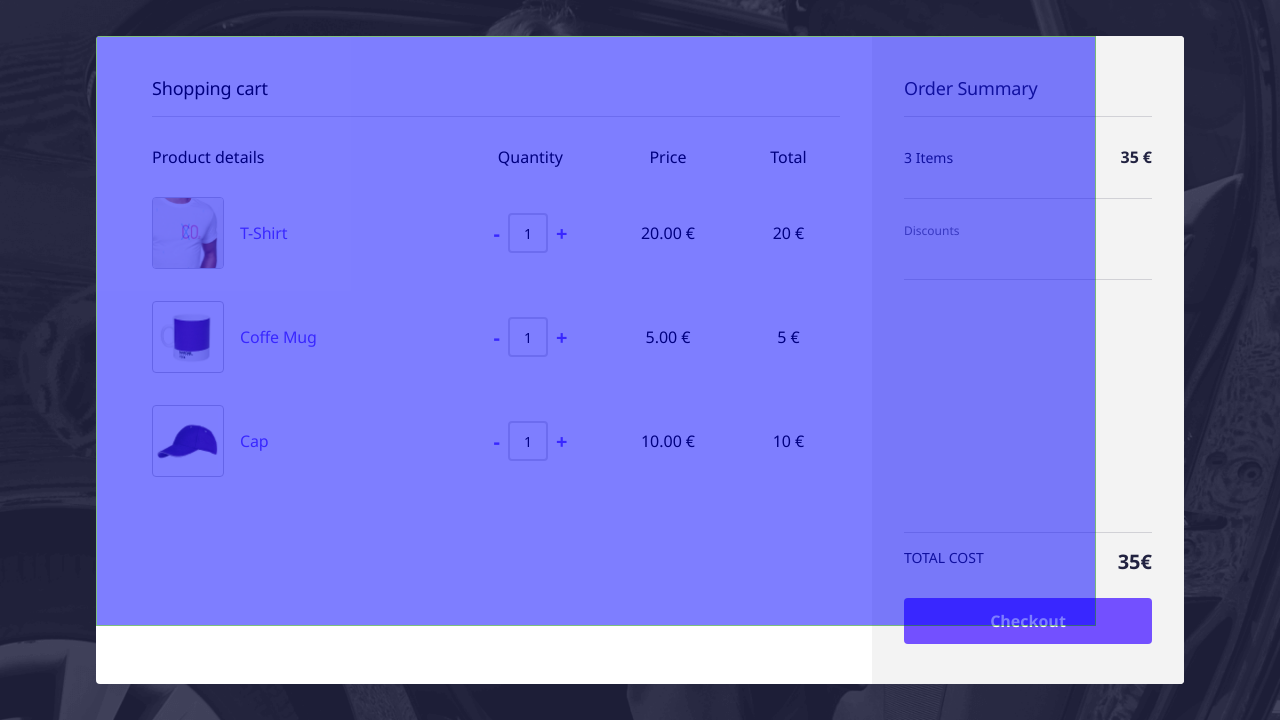
Repository: banchiec/challengecbfy
Page: /
These files come from the project's save history. The page is drawn as it stood at one moment and after the next save; the edit follows.
The browser window is 1280 px wide. The pictures show the whole page.
Some web fonts or font styles are not loaded; a fallback is used. The project was rebuilt for these pictures with package versions that can differ from the ones it lists, and the page was loaded fresh each time. Also part of the build but not shown: craco.config.js.

Above is the page before, as saved 2021-12-11 01:21:21.

### src/index.js
import './index.css';
import App from './App';
import Checkout from './helpers/checkout'
// here a service should be called to obtain the api data
import { products } from './data/data'

import discounts from './helpers/discounts';

const purchase = new Checkout(products, discounts)
purchase.init()
App(purchase)

### src/index.css
@tailwind base;
@tailwind components;
@tailwind utilities;

body {
  margin: 0;
  font-family: -apple-system, BlinkMacSystemFont, 'Segoe UI', 'Roboto', 'Oxygen',
    'Ubuntu', 'Cantarell', 'Fira Sans', 'Droid Sans', 'Helvetica Neue',
    sans-serif;
  -webkit-font-smoothing: antialiased;
  -moz-osx-font-smoothing: grayscale;
}

code {
  font-family: source-code-pro, Menlo, Monaco, Consolas, 'Courier New',
    monospace;
}

@font-face {
  font-family: 'Avenir';
  src:local('Avenir'), url(./assets/fonts/Avenir-Black.woff) format('woff');
}

### src/App.js
import { render } from 'react-dom';
import Main from './components/main/Main'
import './App.css';

function App(purchase) {
  render(<Main purchase={purchase} />, document.getElementById('root'))
}

export default App;

### src/helpers/checkout.js
export default class Checkout {
    constructor(price, discounts = []) {
        this.price = price.reduce((acc, good) => ({ ...acc, [good.code]: good }), {})
        this.discounts = discounts
        this.cartItems = []
    }
    init() {
        this.scan('TSHIRT')
        this.scan('MUG')
        this.scan('CAP')
    }
    scan(code, argument = 1) {
        const currentCartItem = this.cartItems.find((item) => item.code === code);
        if (currentCartItem) {
            switch (argument) {
                case 1:
                    currentCartItem.count += 1;
                    break;
                case -1:
                    currentCartItem.count -= 1;
                    if (currentCartItem.count === 0) {
                        this.cartItems = this.cartItems.filter((item) => item.code !== code);
                    }
                    break;
                default:
                    currentCartItem.count = argument;
                    break;
            }
            return this;
        }
        const currentPriceItem = this.price[code];
        // console.log(this.price)
        if (currentPriceItem) {
            switch (argument) {
                case 1:
                    this.cartItems.push({ ...currentPriceItem, count: 1 });
                    break;
                case -1:
                    break;
                default:
                    this.cartItems.push({ ...currentPriceItem, count: argument });
            }
            return this;
        }
        return new Error(`product with code ${code} has not been found`);


    }
    get actualDiscounts() {
        return this.discounts.reduce(
            (acc, discount) => {
                const res = discount.check(this.items);
                if (res) return [...acc, res];
                return acc;
            }, [],
        );
    }
    get items() {
        return this.cartItems
    }

    get totalDiscount() {
        return this.actualDiscounts.reduce((acc, { discountAmount }) => acc + discountAmount, 0);
    }
    cost(code) {
        const currentCartItem = this.cartItems.find((item) => item.code === code);
        if (currentCartItem) {
            return currentCartItem.count * currentCartItem.price;
        }
        return null;
    }

    preCalc() {
        return ({
            countItems: this.cartItems.reduce((acc, item) => acc + item.count, 0),
            summaryCost: this.cartItems.reduce((acc, item) => acc + (item.count * item.price), 0),
            actualDiscounts: this.actualDiscounts,
        });
    }

    // method total will return total cost as number
    total() {
        return this.cartItems.reduce(
            (acc, item) => acc + (item.count * item.price),
            0,
        ) - this.totalDiscount;
    }
}

### src/data/data.js
import shirt from '../assets/images/shirt.png'
import mug from '../assets/images/mug.png'
import cap from '../assets/images/cap.png'
export const products = [
    {
        id: '1',
        code: 'TSHIRT',
        name: 'T-Shirt',
        price: '20.00',
        image: shirt
    },
    {
        id: '3',
        code: 'MUG',
        name: 'Coffe Mug',
        price: '5.00',
        image: mug

    },
    {
        id: '4',
        code: 'CAP',
        name: 'Cap',
        price: '10.00',
        image: cap

    }
]

### src/helpers/discounts.js
const discounts = [
    {
        name: '2-for-1-Mug',
        check: (products) => {
            const currentProduct = products.find((product) => product.code === 'MUG')
            if (currentProduct && currentProduct.count > 1) {
                return ({
                    name: '2x1 Mug offer',
                    discountAmount: Math.trunc(currentProduct.count / 2) * currentProduct.price
                })
            }
            return null
        }
    },
    {
        name: 'bulk-discount-shirt',
        check: (products) => {
            const currentProduct = products.find((product) => product.code === 'TSHIRT')
            if (currentProduct && currentProduct.count >= 3) {
                return ({
                    name: 'x3-Shirt-offer',
                    discountAmount: (currentProduct.price / 100) * 5 * currentProduct.count
                })
            }
            return null
        }
    }
]

export default discounts

### src/components/main/Main.js
import { useState } from "react"
import OrderSummery from "../OrderSummery/OrderSummery"
import { ShoppingCart } from "../shoppingCart/ShoppingCart"

export default function Main(props) {
    const { purchase } = props
    const [items, setItems] = useState(purchase.items)

    const initStateSum = purchase.preCalc()
    const initTotalCost = purchase.total()

    const [summary, setSummary] = useState({
        ...initStateSum,
        totalCost: initTotalCost
    })

    const scan = (code) => (op) => (e) => {
        switch (op) {
            case 'dec':
                purchase.scan(code, -1);
                break;
            case 'set':
                purchase.scan(code, Number(e.target.value));
                console.log(e.target.value)
                break;
            case 'inc':
                purchase.scan(code, 1);
                break;
            default:
                // unknown operation
                break;
        }
        // set new cart items list for react
        setItems([...purchase.items]);
        const newSums = purchase.preCalc();
        const newTotalCost = purchase.total();
        setSummary({
            ...newSums,
            totalCost: newTotalCost,
        });

    }
    const cost = (code) => purchase.cost(code)

    return (
        <main className="App">
            <ShoppingCart items={items} scan={scan} cost={cost} />
            <OrderSummery summary={summary} />
        </main>
    )
}

### src/App.css
* {
  box-sizing: border-box;
  outline: none;
}

html,
body,
div,
span,
applet,
object,
iframe,
h1,
h2,
h3,
h4,
h5,
h6,
p,
blockquote,
pre,
a,
abbr,
acronym,
address,
big,
button,
cite,
code,
del,
dfn,
em,
img,
ins,
kbd,
q,
s,
samp,
small,
strike,
strong,
sub,
sup,
tt,
var,
b,
u,
i,
center,
dl,
dt,
dd,
ol,
ul,
li,
fieldset,
form,
label,
legend,
table,
caption,
tbody,
tfoot,
thead,
tr,
th,
td,
article,
aside,
canvas,
details,
embed,
figure,
figcaption,
footer,
header,
hgroup,
menu,
nav,
output,
ruby,
section,
summary,
time,
mark,
audio,
video {
  margin: 0;
  padding: 0;
  border: 0;
  vertical-align: baseline;
  font: 100%;
}

/* HTML5 display-role reset for older browsers */
article,
aside,
details,
figcaption,
figure,
footer,
header,
hgroup,
menu,
nav,
section {
  display: block;
}

body {
  -webkit-font-smoothing: antialiased;
  -moz-osx-font-smoothing: grayscale;
  line-height: 1;
}

ol,
ul {
  list-style: none;
}

blockquote,
q {
  quotes: none;
}

a {
  cursor: pointer;
}

blockquote:before,
blockquote:after,
q:before,
q:after {
  content: none;
}

table {
  border-spacing: 0;
  border-collapse: collapse;
}

a {
  text-decoration: none;
}

input:not([type="checkbox"]):not([type="radio"]),
textarea {
  appearance: none;
}

input[type="number"]::-webkit-outer-spin-button,
input[type="number"]::-webkit-inner-spin-button {
  margin: 0;
  appearance: none;
}

input[type="number"] {
  appearance: textfield;
}

input::-ms-clear {
  display: none;
}

select::-ms-expand {
  display: none;
}

textarea {
  overflow: auto;
  vertical-align: top;
}

input::placeholder {
  opacity: 1;
}

h1.main {
  padding-bottom: 16px;
  border-bottom: 1px solid rgba(33, 34, 64, 0.16);
}

.wrapper.border,
.wrapper-half.border {
  border-bottom: 1px solid rgba(33, 34, 64, 0.16);
}

h2,
.products-list li.products-list-title {
  color: #a6a7b3;
  letter-spacing: 1px;
  font-size: 10px;
  line-height: 16px;
}

h2,
.product-code {
  font-size: 12px;
  line-height: 16px;
}

.product-quantity,
.summary input,
.summary ul li,
.summary-total-cost {
  font-size: 14px;
  line-height: 17px;
}

.product h1 {
  font-size: 16px;
  line-height: 24px;
}

.products button.count,
.summary-total-price {
  font-size: 20px;
  line-height: 25px;
}

h2 {
  color: #717285;
  letter-spacing: 0;
  font-weight: 300;
}

h2 + * {
  margin-top: 16px;
}

body {
  margin: 0;
  padding: 0;
  height: 100vh;
  background-image: url("./assets/images/background.png");
  background-color: #212240;
  background-position: top left;
  background-size: cover;
  font-family: Avenir, "Avenir Next", "Segoe UI", sans-serif;
  font-weight: regular;
}

.App {
  position: fixed;
  top: 50%;
  left: 50%;
  display: flex;
  overflow-x: hidden;
  overflow-y: auto;
  max-width: 1088px;
  max-height: 648px;
  width: calc(100% - 64px);
  height: calc(100% - 64px);
  border-radius: 4px;
  background-color: #ffffff;
  transform: translate(-50%, -50%);
}

h1 {
  position: relative;
  letter-spacing: -0.18px;
  font-size: 18px;
  line-height: 24px;
}

.wrapper {
  padding: 32px 0;
}

.wrapper-half {
  padding: 24px 0;
}

.tableHead {
  padding: 32px 0;
}

.row {
  position: relative;
  display: flex;
  flex-flow: row nowrap;
  justify-content: space-between;
}

.row + .row {
  margin-top: 32px;
}

[class*="col-"] {
  display: flex;
  align-items: center;
}

[class*="col-"]:nth-child(n + 2) {
  justify-content: center;
}

.col-product {
  width: 45%;
}

.col-quantity {
  width: 20%;
}

.col-price {
  width: 20%;
}

.col-total {
  width: 15%;
}

input {
  width: 100%;
  height: 48px;
  border-radius: 4px;
}

.currency {
  margin-left: 4px;
}

.products {
  padding: 40px 32px 40px 56px;
}

.products button.count {
  padding: 0 8px;
  height: 40px;
  border: none;
  background: transparent;
  color: #7350ff;
  font-weight: bold;
  cursor: pointer;
}

.products {
  flex: 1;
}

.products-list {
  position: relative;
  width: 100%;
}

.product-image {
  display: flex;
  align-items: center;
  flex-flow: row nowrap;
}

.product-image img {
  margin-right: 16px;
  width: 72px;
  height: 72px;
  border: 1px solid #cacad1;
  border-radius: 4px;
}

.product-code {
  border-radius: 4px;
  color: #a6a7b3;
  letter-spacing: 0.13px;
  font-weight: 400;
}

.product-quantity {
  width: 40px;
  height: 40px;
  border: 2px solid #dbdbe0;
  border-radius: 4px;
  text-align: center;
}

.product-price {
  color: #000000;
  font-size: 16px;
}

.product .clear {
  border: none;
  background: transparent;
}

.product .clear span {
  position: relative;
  display: block;
  width: 16px;
  height: 16px;
}

.product .clear span:before,
.product .clear span:after {
  content: "";
  position: absolute;
  top: 8px;
  left: 2px;
  display: block;
  width: 12px;
  height: 2px;
  border-radius: 8px;
  background-color: #a6a7b3;
  transform: rotate(-45deg);
  transform-origin: center center;
}

.product .clear span:before {
  transform: rotate(45deg);
}

.product h1 {
  color: #7350ff;
}

.summary {
  display: flex;
  flex-flow: column wrap;
  padding: 40px 32px;
  width: 312px;
  background-color: #f3f3f3;
  color: #212240;
}

.summary > * {
  width: 100%;
}

.summary-items-price {
  font-size: 16px;
  font-weight: bold;
}

.summary input {
  margin: 8px auto;
  color: #a6a7b3;
  text-indent: 16px;
  text-transform: uppercase;
}

.summary input::placeholder {
  color: #a6a7b3;
  text-transform: lowercase;
}

.summary ul li {
  display: flex;
  justify-content: space-between;
}

.summary ul li > *:nth-child(2) {
  font-weight: bold;
}

.summary ul li + li {
  margin-top: 20px;
}

.summary-total {
  align-self: flex-end;
  margin-top: auto;
  padding-top: 16px;
  padding-bottom: 0;
  border-top: 1px solid rgba(33, 34, 64, 0.16);
  color: #212240;
}

.summary-total-cost {
  flex-basis: 100%;
  text-transform: uppercase;
}

.summary-total-price {
  font-weight: bold;
}

.summary button[type="submit"] {
  margin-top: 24px;
  padding-top: 16px;
  padding-bottom: 16px;
  width: 100%;
  border-radius: 4px;
  background: #7350ff;
  color: #ffffff;
  font-size: 16px;
  font-weight: bold;
  line-height: 14px;
  cursor: pointer;
}

/* MODAL */
.modal {
  position: absolute ;
  width: 1000px;
  height: 590px;
  z-index: 1;
  background-color: blue;
  opacity: .5;
  /* left: 176px; */
  /* top: 126px; */
  border: 1px solid green;
}
.content {
  position: absolute;
  width: 248px;
  height: 358px;
  left: 984px;
  top: 270px;
}
.background {
  position: absolute;
  width: 1440px;
  height: 904px;
  left: 0px;
  top: -2px;
}

### src/components/OrderSummery/OrderSummery.js
import React from 'react';
import { uniqueId } from 'lodash';

function OrderSummery(props) {
    const {
        summary: {
            countItems, summaryCost, actualDiscounts, totalCost,
        },
    } = props;
    return (
        <aside className="summary">
            <h1 className="main">Order Summary</h1>
            <ul className="summary-items wrapper border">
                <li>
                    <span className="summary-items-number">
                        {countItems || 0}
                        {' '}
                        Items
                    </span>
                    <span className="summary-items-price">
                        {summaryCost || 0}
                        <span className="currency">
                            €
                        </span>
                    </span>
                </li>
            </ul>
            <div className="summary-discounts wrapper-half border">
                <h2>Discounts</h2>
                {actualDiscounts && (
                    <ul>
                        {actualDiscounts.map((disc) => (
                            <li key={uniqueId()}>
                                <span>{disc.name}</span>
                                <span>
                                    -
                                    {disc.discountAmount}
                                    {' '}
                                    €
                                </span>
                            </li>
                        ))}
                    </ul>
                )}
            </div>
            <div className="summary-total wrapper">
                <ul>
                    <li>
                        <span className="summary-total-cost">
                            Total cost
                        </span>
                        <span className="summary-total-price">
                            {totalCost || 0}
                            €
                        </span>
                    </li>
                </ul>
                <button type="submit">Checkout</button>
            </div>
        </aside>
    );
}

export default OrderSummery;

### src/components/shoppingCart/ShoppingCart.js
import { uniqueId } from 'lodash'
import { CartString } from '../CartString/CartString'

export const ShoppingCart = (props) => {
    // console.log(props)
    const { items, scan, cost } = props


    const setDetails = (e) => {
        console.log(e)

    }

    return (
        <>
            <div className="modal">
            </div>
            <section className="products">
                <h1 className="main">Shopping cart</h1>
                <ul className="product-list tableHead">
                    <li className="products-list-title row">
                        <div className="col-product">Product details</div>
                        <div className="col-quantity">Quantity</div>
                        <div className="col-price">Price</div>
                        <div className="col-total">Total</div>
                    </li>
                </ul>
                <ul className="products-list">
                    {items.map((item) => (
                        <CartString
                            content={item}
                            scan={scan(item.code)}
                            cost={cost(item.code)}
                            key={uniqueId()}
                            onClick={setDetails}
                        />
                    ))}
                </ul>
            </section>
        </>
    )
}

### src/components/CartString/CartString.js
import { useState } from 'react'
// import DetailsModal from "../DetailsModal/DetailsModal"

export const CartString = (props) => {
    const [show, setShow] = useState(false)
    const {
        content: {
            productCode,
            name,
            count,
            image,
            price
        },
        scan,
        cost,
    } = props

    const setDetails = (e) => {
        console.log(productCode)
        console.log(name)
        console.log(count)
        console.log(image)
    }

    return (
        <>
            {/* <div className="modal">
                <div className="content"></div>
            </div> */}
            <li className="product row" onClick={setDetails}>
                <div className="col-product">
                    <figure className="product-image">
                        <img src={image} alt={image} />
                        <div className="product-description">
                            <h1 className="product-description-details">{name}</h1>
                            <p className="product-code">{productCode}</p>
                        </div>
                    </figure>
                </div>
                <div className="col-quantity">
                    <button type="button" className="count" onClick={scan('dec')}>
                        -
                    </button>
                    <input type="text" className="product-quantity" value={count} onChange={scan('set')} />
                    <button type="button" className="count" onClick={scan('inc')}>
                        +
                    </button>
                </div>
                <div className="col-price">
                    <span className="product-price">
                        {price}
                    </span>
                    <span className="product-currency currency">€</span>
                </div>
                <div className="col-total">
                    <span className="product-price">{cost}</span>
                    <span className="product-currency currency">€</span>
                </div>
            </li>
        </>
    )
}

Loaded but not shown: public/index.html (common file); tailwind.config.js (common file)

After the next save:
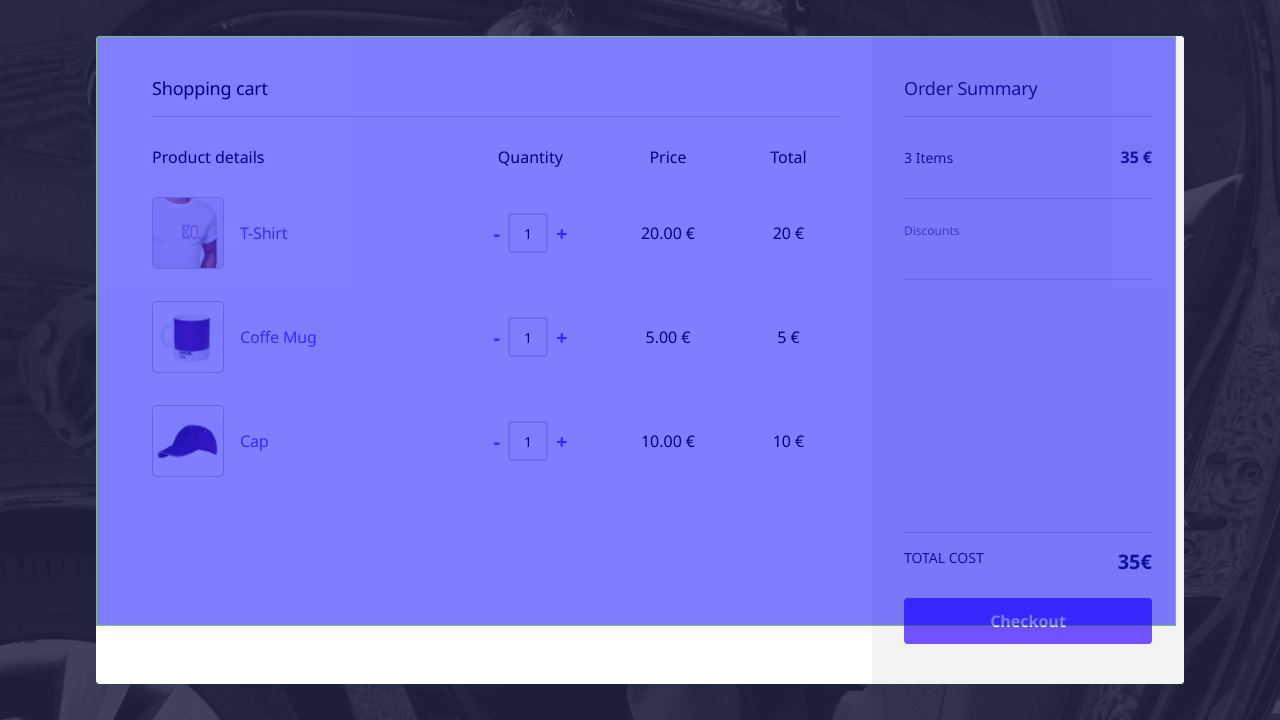
Saved 9 s later.
--- a/src/App.css
+++ b/src/App.css
@@ -491,7 +491,7 @@ input {
 /* MODAL */
 .modal {
   position: absolute ;
-  width: 1000px;
+  width: 1080px;
   height: 590px;
   z-index: 1;
   background-color: blue;
